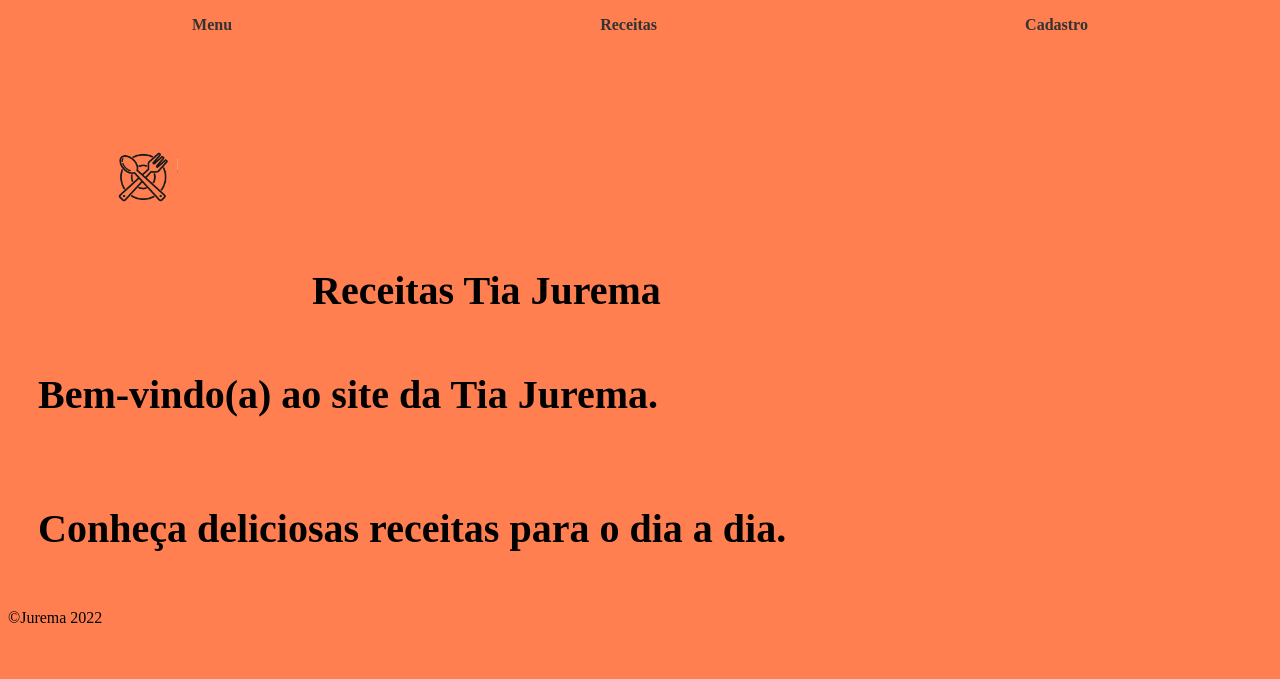
Repository: devropaes/RECEITAS
Page: OneDrive/Área de Trabalho/Estudos/Estácio/receitas/menu.html
These files come from the project's save history. The page is drawn as it stood at one moment and after the next save; the edit follows.
The browser window is 1280 px wide. The pictures show the whole page.
Some web libraries are served in a nearby version.

Above is the page before, as saved 2024-03-12 13:59:24.

### OneDrive/Área de Trabalho/Estudos/Estácio/receitas/menu.html
<!DOCTYPE html>
<html lang="pt-br" ></html>
<head>
  <head>
    <meta charset="UTF-8">
    <meta http-equiv="X-UA-Compatible" content="IE=edge">
    <meta name="viewport" content="width=device-width, initial-scale=1.0">
    <script src="https://kit.fontawesome.com/a076d05399.js" crossorigin="anonymous"></script>
    <link rel="stylesheet" href="./menu.css">
    <link rel="stylesheet" href="./assets/Foto3.png">

    <title>Menu</title>
    <link rel="stylesheet" href="./menu.css">
    </head>
<body>

    <ul class="navlist">
      <li><a href="home.html">Menu</a></li>
      <li><a href="receitas.html">Receitas</a></li>
      <LI><a href="cadastro.html">Cadastro</a></LI>
    </ul>

    <main class="logo">
        <img src="./assets/Foto3.png" class="logo">
              <a class = "receitas__tia__jurema"> <strong>Receitas Tia Jurema</strong> </a>
              <div class=" apresentacao">
                <h1>Bem-vindo(a) ao site da Tia Jurema.</h1>
                <h1>Conheça deliciosas receitas para o dia a dia.</h1>
            </div>

      </main>
      </body>


      <footer class="rodape">
           <p>&copy;Jurema 2022 </p>
      </footer>

### OneDrive/Área de Trabalho/Estudos/Estácio/receitas/menu.css

@import url('https://fonts.googleapis.com/css2?family=Krona+One&family=Montserrat:wght@400;600&display=swap');

:root {
    --cor-primaria:#ff7f50;
    --cor-secundaria:#333;
    --cor-terciaria:#000;
    --cor-hover:#fff;

    --font-primaria:var("Arial, Helvetica", sans-serif);
    --font-secundaria:var("Krona-One", sans-serif);

}

*{
    marging: 0;
    padding: 0;
}

img {
    width: 70px;
    padding: 100px;
}

.receitas__tia__jurema, h1 {
    font-size: 2.5em;
    justify-content: space-around;
    padding: 30px;

}

.navlist {
    list-style: none;
    padding: 0;
    display: flex;
    justify-content: space-around;
    color: var(--cor-secundaria);
    font-weight: 600;

}

.navlist li {
    margin: 0;
  }

  .navlist a {
    text-decoration: none;
    color: var(--cor-secundaria);
    font-size: 16px;
    font-weight: 600;
    font-family: var(--font-primaria);
  }

  body {
    background-color: var(--cor-primaria);
    font-family: var(--font-secundaria;
    font-size: 2.5em;
    font-weight: 600;
    justify-content: space-around;
}
.apresentacao{

}
.apresentacao__receitas{

}
.apresentacao__receitas__link{
    width: 300px;
    padding: 300px;

}

.rodape {
    background-color: var(--cor-terciaria);
    color: var(--cor-hover);
    text-align: center;
    padding: 2px;
    position: fixed;
    border-bottom:var(--cor-hover);
    left: 0;
    bottom: 0%;
    width: 100%;
    margin: 0%;
    max-width: 100%;
  }

After the next save:
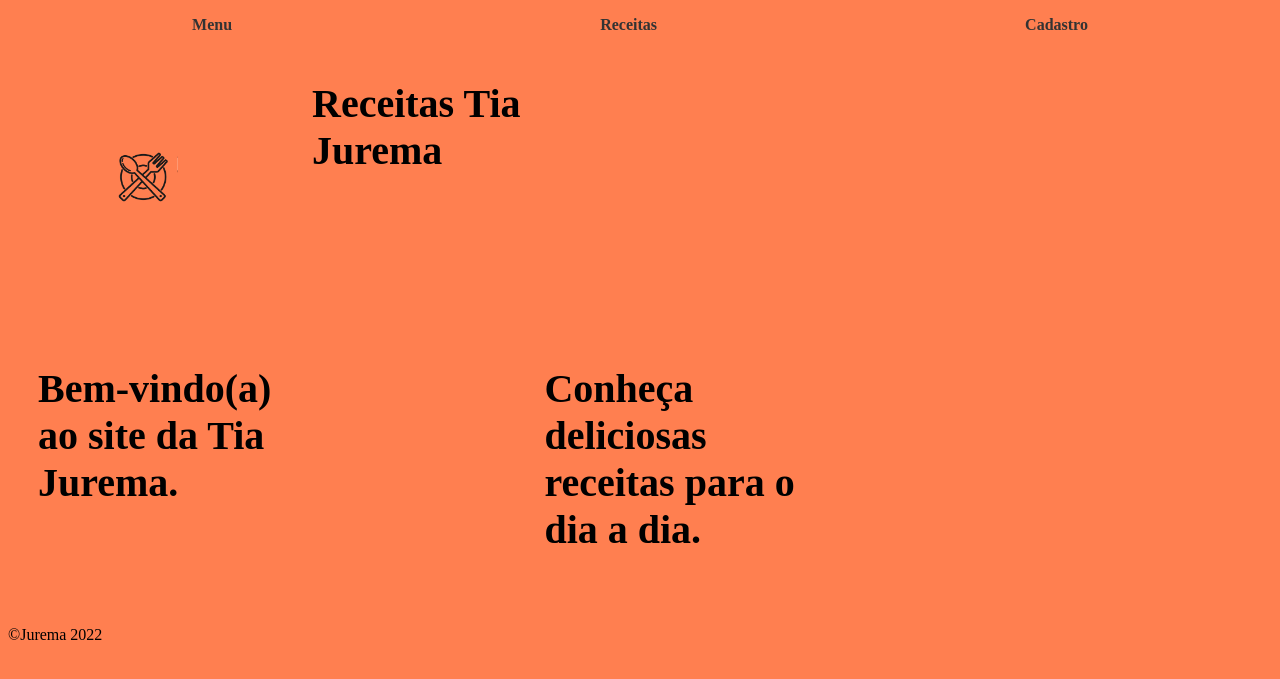
Saved 108 s later.
--- a/OneDrive/Área de Trabalho/Estudos/Estácio/receitas/menu.css
+++ b/OneDrive/Área de Trabalho/Estudos/Estácio/receitas/menu.css
@@ -26,6 +26,10 @@ img {
     font-size: 2.5em;
     justify-content: space-around;
     padding: 30px;
+    display: inline-block;
+    vertical-align: top;
+    width: 20%;
+    margin-right: 15%;
 
 }
 
